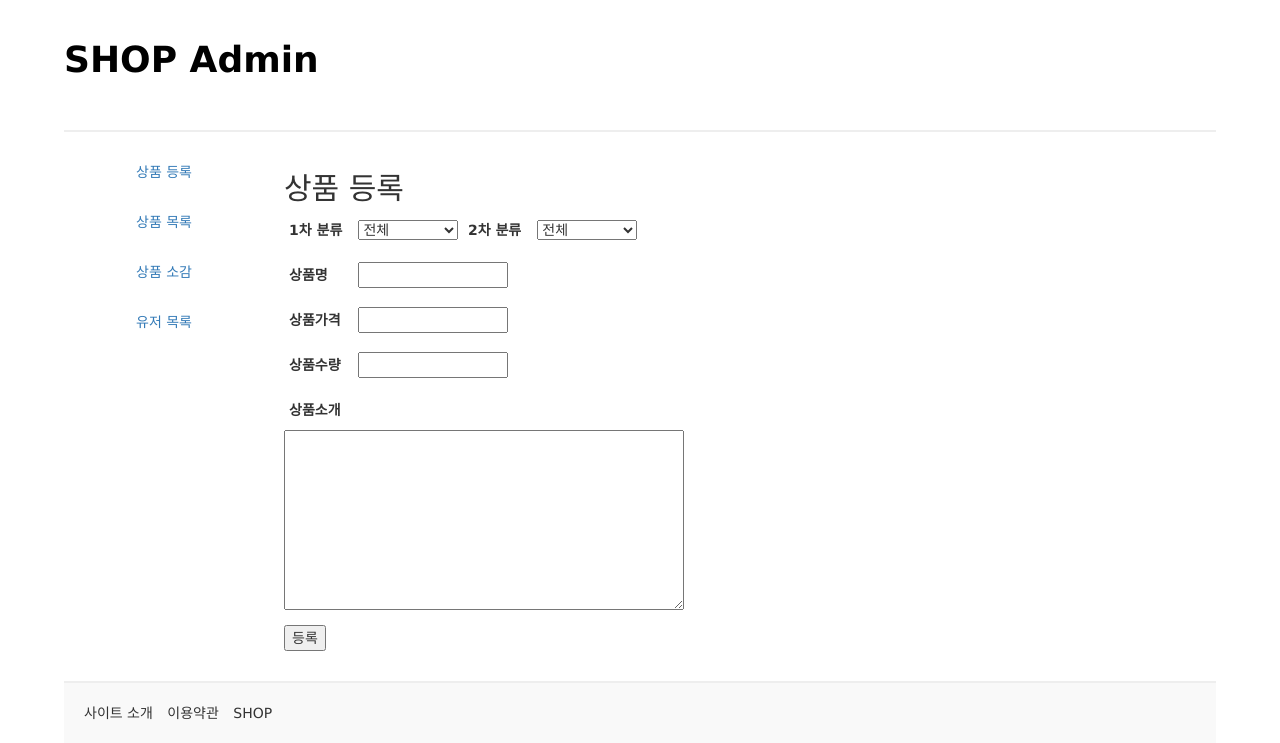
Repository: leesoonyong/shopping-mall
Page: http://localhost/shop/WEB-INF/views/admin/goods/register.jsp
An editor plug-in stored every save of this project. The page is shown before and after the next save, followed by the edit.
The browser window is 1280 px wide. The pictures show the whole page.
The page is served by Tomcat 9. Nobody is signed in. Other server files are loaded and not shown. The template is opened directly, without the code that normally fills it, so the values that code supplies are empty.

Above is the page before, as saved 2020-09-13 03:07:39.
Console error (its wording comes from the project's code and is left out).

### shop/src/main/webapp/WEB-INF/views/admin/goods/register.jsp
<%@ taglib uri="http://java.sun.com/jsp/jstl/core" prefix="c" %>
<%@ page language="java" contentType="text/html; charset=UTF-8" pageEncoding="UTF-8"%>
<!DOCTYPE html>
<html>
<head>
<meta charset="UTF-8">
<script src='https://code.jquery.com/jquery-3.3.1.min.js'></script>
<link rel="stylesheet" href="/resources/bootstrap/css/bootstrap.min.css">
<link rel="stylesheet" href="/resources/bootstrap/css/bootstrap-theme.min.css">
<script src="/resources/bootstrap/js/bootstrap.min.js"></script>
<script src="https://maxcdn.bootstrapcdn.com/bootstrap/3.3.2/js/bootstrap.min.js"></script>
<style>
body {
	font-family: '맑은 고딕', verdana;
	padding: 0;
	margin: 0;
}

ul {
	padding: 0;
	margin: 0;
	list-style: none;
}

div#root {
	width: 90%;
	margin: 0 auto;
}

header#header {
	font-size: 60px;
	padding: 20px 0;
}

header#header h1 a {
	color: #000;
	font-weight: bold;
}

nav#nav {
	padding: 10px;
	text-align: right;
}

nav#nav ul li {
	display: inline-block;
	margin-left: 10px;
}

section#container {
	padding: 20px 0;
	border-top: 2px solid #eee;
	border-bottom: 2px solid #eee;
}

section#container::after {
	content: "";
	display: block;
	clear: both;
}

aside {
	float: left;
	width: 200px;
}

div#container_box {
	float: right;
	width: calc(100% - 200px - 20px);
}

aside ul li {
	text-align: center;
	margin-bottom: 10px;
}

aside ul li a {
	display: block;
	width: 100%;
	padding: 10px 0;
	text-align: center;
	margin-bottom: 10px;
}

aside ul li a:hover {
	background: #eee;
}

footer#footer {
	background: #f9f9f9;
	padding: 20px;
}

footer#footer ul li {
	display: inline-block;
	margin-right: 10px;
}

.inputArea {
	margin: 10px 0;
}

select {
	width: 100px;
}

label {
	display: inline-block;
	width: 70px;
	padding: 5px;
}

label[for='gdsDes'] {
	display: block;
}

input {
	width: 150px;
}

textarea#gdsDes {
	width: 400px;
	height: 180px;
}
</style>
</head>
<body>
<div id="root">
	<header id="header">
		<div id="header_box">
			<%@ include file="../include/header.jsp" %>
		</div>
	</header>

	<nav id="nav">
		<div id="nav_box">
			<%@ include file="../include/nav.jsp" %>
		</div>
	</nav>

	<section id="container">
		<aside>
			<%@ include file="../include/aside.jsp" %>
		</aside>
		<div id="container_box">
			<h2>상품 등록</h2>
			<form method="post">
				<div class="inputArea">
					<label>1차 분류</label>
					<select class="category1">
						<option value="">전체</option>
					</select>

					<label>2차 분류</label>
					<select class="category2" name="cateCode">
						<option value="">전체</option>
					</select>
				</div>

				<div class="inputArea">
					<label for="gdsName">상품명</label>
					<input type="text" id="gdsName" name="gdsName"/>
				</div>
				<div class="inputArea">
					<label for="gdsPrice">상품가격</label>
					<input type="text" id="gdsPrice" name="gdsPrice"/>
				</div>
				<div class="inputArea">
					<label for="gdsStock">상품수량</label>
					<input type="text" id="gdsStock" name="gdsStock"/>
				</div>
				<div class="inputArea">
					<label for="gdsDes">상품소개</label>
					<textarea rows="5" cols="50" id="gdsDes" name="gdsDes"></textarea>
				</div>
				<div class="inputArea">
					<button type="submit" id="register_Btn">등록</button>
				</div>
			</form>
		</div>
	</section>

	<footer id="footer">
		<div id="footer_box">
			<%@ include file="../include/footer.jsp" %>
		</div>
	</footer>
</div>
<script>
//컨트롤러에서 데이터 받기
var jsonData = JSON.parse('${category}');
console.log(jsonData);

var cate1Arr = new Array();
var cate10bj = new Object();


//1차 분류 셀렉트 박스에 삽입할 데이터
for(var i = 0; i< jsonData.length; i++){
	if(jsonData[i].level == "1"){
		cate10bj = new Object();
		cate10bj.cateCode = jsonData[i].cateCode;
		cate10bj.cateName = jsonData[i].cateName;
		cate1Arr.push(cate10bj);
	}
}
//1차 분류 셀렉트 박스에 데이터삽입
var cate1Select = $("select.category1")

for(var i = 0; i < cate1Arr.length; i++) {
 cate1Select.append("<option value='" + cate1Arr[i].cateCode + "'>"
      + cate1Arr[i].cateName + "</option>");
}

$(document).on("change","select.category1",function(){
	var cate2Arr = new Array();
	var cate2Obj = new Object();

	//2차 분류 셀렉트 박스에 삽입할 데이터 준비
	for(var i = 0; i < jsonData.length; i++){
		if(jsonData[i].level == "2"){
			cate2Obj = new Object();
			cate2Obj.cateCode = jsonData[i].cateCode;
			cate2Obj.cateName = jsonData[i].cateName;
			cate2Obj.cateCodeRef = jsonData[i].cateCodeRef;

			cate2Arr.push(cate2Obj);
		}
	}

	var cate2Select = $("select.category2")
	/*
	for(var i = 0; i < cate2Arr.length; i++){
		cate2Select.append("<option value='" + cate2Arr[i].cateCode + "'>"
							+ cate2Arr[i].cateName + "</option>");
	}
	*/
	cate2Select.children().remove();
	$("option:selected", this).each(function(){
		var selectVal = $(this).val();
		cate2Select.append("<option value='"+ selectVal +"'>전체</option>");

		for(var i = 0; i < cate2Arr.length; i++){
			if(selectVal == cate2Arr[i].cateCodeRef){
				cate2Select.append("<option value='" + cate2Arr[i].cateCode + "'>"
									+ cate2Arr[i].cateName + "</option>");
			}
		}
	})
});

</script>
</body>
</html>

### shop/src/main/webapp/WEB-INF/views/admin/include/header.jsp
<%@ taglib uri="http://java.sun.com/jsp/jstl/core" prefix="c" %>
<%@ page language="java" contentType="text/html; charset=UTF-8" pageEncoding="UTF-8"%>
<h1 class="title">
	<a href="/admin/index">SHOP Admin</a>
</h1>

### shop/src/main/webapp/WEB-INF/views/admin/include/nav.jsp
<%@ taglib uri="http://java.sun.com/jsp/jstl/core" prefix="c" %>
<%@ page language="java" contentType="text/html; charset=UTF-8" pageEncoding="UTF-8"%>
<ul>
<c:if test="${member != null}">
	<li>
		<a href="/">일반화면</a>
	</li>
	<li>
		<a href="/member/signOut">로그아웃</a>
	</li>
</c:if>
</ul>

### shop/src/main/webapp/WEB-INF/views/admin/include/aside.jsp
<%@ taglib uri="http://java.sun.com/jsp/jstl/core" prefix="c" %>
<%@ page language="java" contentType="text/html; charset=UTF-8" pageEncoding="UTF-8"%>
<ul>
	<li><a href="/admin/goods/register">상품 등록</a></li>
	<li><a href="/admin/goods/list">상품 목록</a></li>
	<li><a href="">상품 소감</a></li>
	<li><a href="">유저 목록</a></li>
</ul>

### shop/src/main/webapp/WEB-INF/views/admin/include/footer.jsp
<%@ taglib uri="http://java.sun.com/jsp/jstl/core" prefix="c" %>
<%@ page language="java" contentType="text/html; charset=UTF-8" pageEncoding="UTF-8"%>
<ul>
	<li>사이트 소개</li>
	<li>이용약관</li>
	<li>SHOP</li>
</ul>

Loaded but not shown: shop/src/main/webapp/resources/bootstrap/css/bootstrap.min.css (library); shop/src/main/webapp/resources/bootstrap/css/bootstrap-theme.min.css (library); shop/src/main/webapp/resources/bootstrap/js/bootstrap.min.js (library)

After the next save:
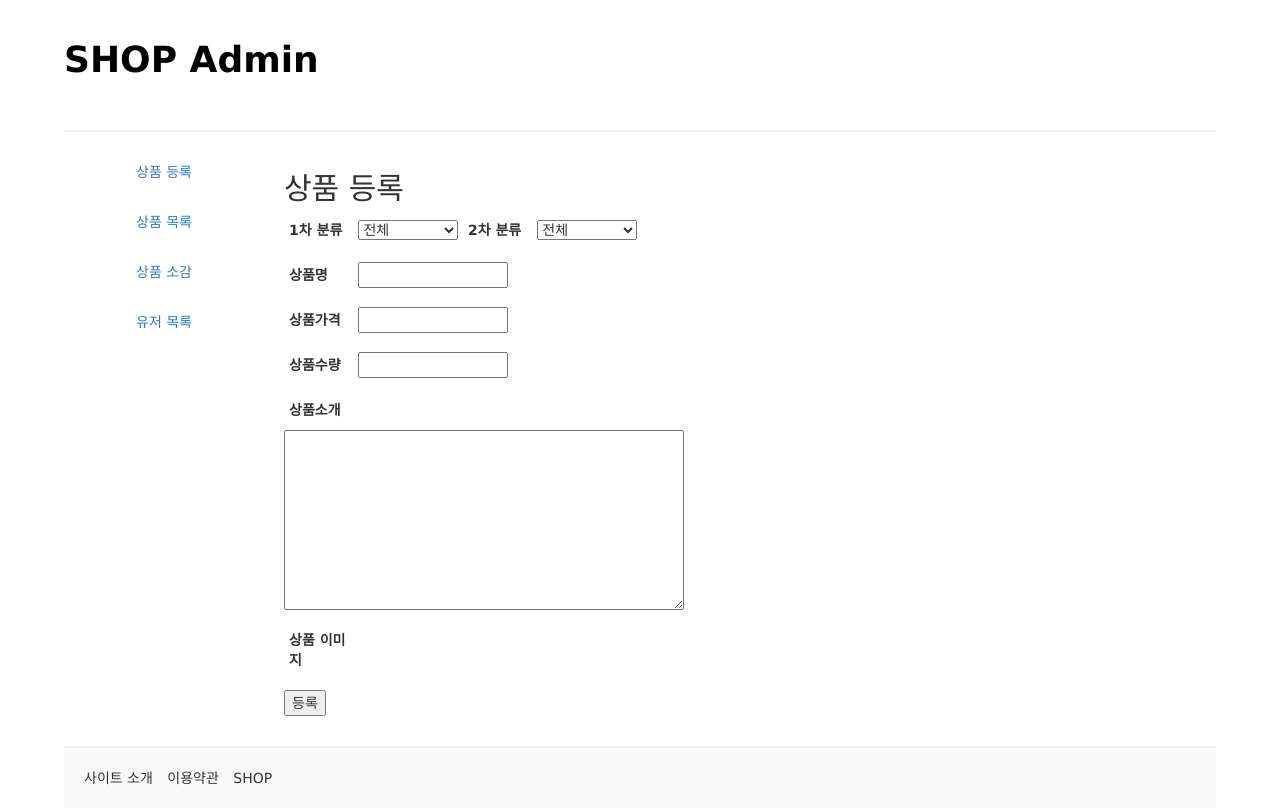
Saved 4 min 51 s later.
--- a/shop/src/main/webapp/WEB-INF/views/admin/goods/register.jsp
+++ b/shop/src/main/webapp/WEB-INF/views/admin/goods/register.jsp
@@ -174,6 +174,9 @@
 					<textarea rows="5" cols="50" id="gdsDes" name="gdsDes"></textarea>
 				</div>
 				<div class="inputArea">
+					<label for="gdsImg">상품 이미지</label>
+				</div>
+				<div class="inputArea">
 					<button type="submit" id="register_Btn">등록</button>
 				</div>
 			</form>
